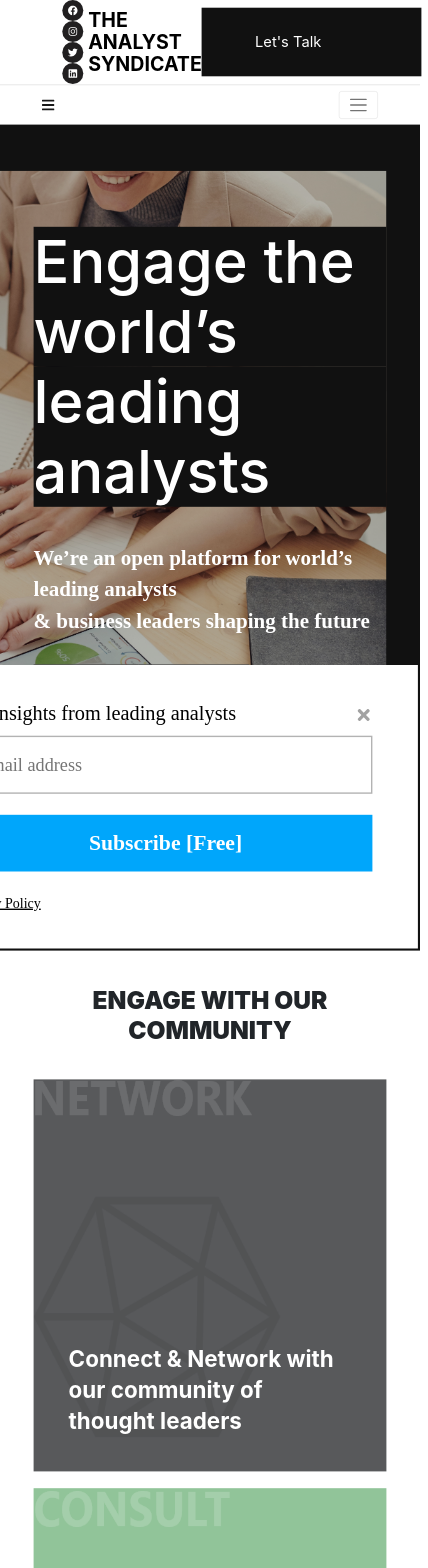
Repository: arif286/Business-webpage
Page: /
The author's editor kept a copy of each file at every save. The page is drawn from the files as they stood at one save, then again after the next save.
The browser window is 600 px wide. The page is 612 px wide, so the pictures cover 612 px, including what lies to the right of the window. The pictures show the part of the page from y = 0 to 2240 px (the page is 12823 px tall before and 12729 px after), at 70% of full size.
The project was rebuilt for these pictures with package versions that can differ from the ones it lists, and the page was loaded fresh each time. Also part of the build but not shown: src/components/MainHeader/MainHeader.css, src/components/NotFound/NotFound.js.

Above is the page before, as saved 2021-05-28 16:14:59.

After the next save:
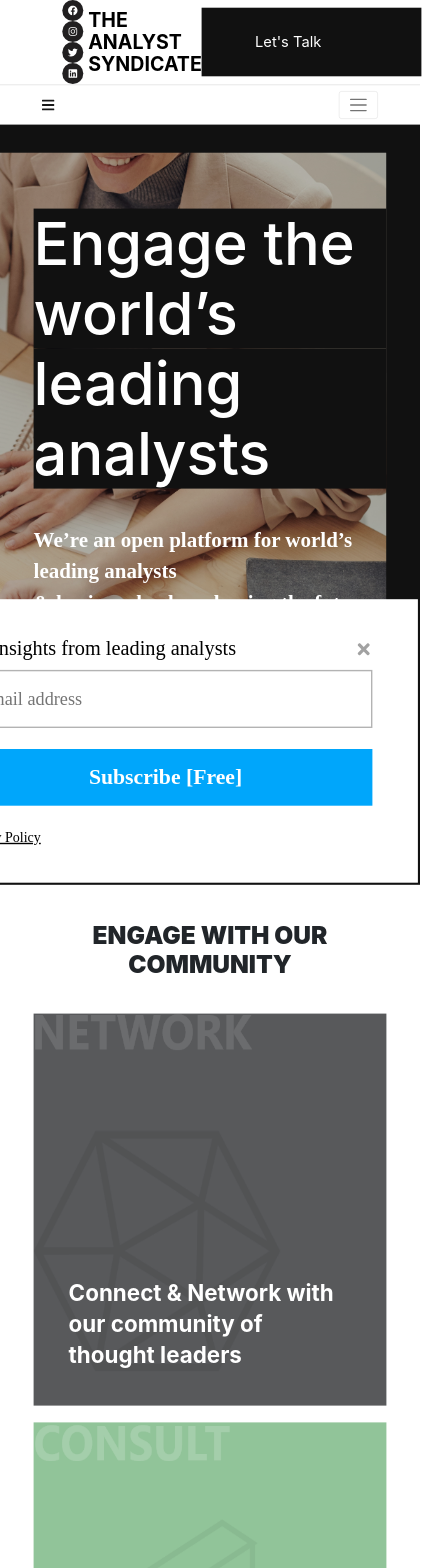
Saved 24 s later.
--- a/src/components/MainContent/MainContent.css
+++ b/src/components/MainContent/MainContent.css
@@ -139,3 +139,10 @@
     height: auto;
   }
 }
+@media only screen and (min-width: 320px) and (max-width: 767px) {
+  .hero-area {
+    padding-top: 40px;
+    padding-bottom: 7px;
+    height: auto;
+  }
+}
